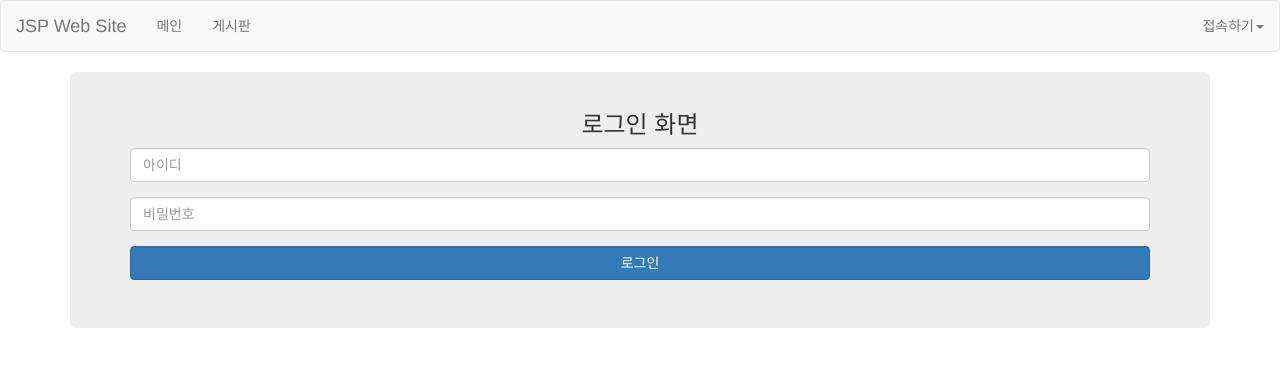
Repository: seung-kook/JSPBBS
Page: http://localhost/BBS/login.jsp
These files come from the project's save history. The page is drawn as it stood at one moment and after the next save; the edit follows.
The browser window is 1280 px wide. The pictures show the whole page.
Some web libraries are served in a nearby version. The page is served by Tomcat 9. Other server files are loaded and not shown.

Above is the page before, as saved 2022-02-06 12:59:23.

### BBS/src/main/webapp/login.jsp
<%@ page language="java" contentType="text/html; charset=UTF-8"
    pageEncoding="UTF-8"%>
<!DOCTYPE html>
<html>
<head>
<meta charset="UTF-8">
<meta name="viewport" content="width=device-width, initial-scale=1">
<link rel="stylesheet" href="css/bootstrap.css">
<title>JSP Web Site</title>
</head>
<body>
	<nav class="navbar navbar-default">
		<div class="navbar-header">
			<button type="button" class="navbar-toggle collapsed"
				data-toggle="collapse" data-target="#bs-example-navbar-collapse-1"
				aria-expanded="false">
				<span class="icon-bar"></span>
				<span class="icon-bar"></span>
				<span class="icon-bar"></span>
			</button>
			<a class="navbar-brand" href="main.jsp">JSP Web Site</a>
		</div>
		<div class="collapse navbar-collapse" id="bs-example-navbar-collapse-1">
			<ul class="nav navbar-nav">
				<li><a href="main.jsp">메인</a></li>
				<li><a href="bbs.jsp">게시판</a></li>
			</ul>
			<ul class="nav navbar-nav navbar-right">
				<li class="dropdown">
					<a href="#" class="dropdown-toggle"
						data-toggle="dropdown" role="button" aria-haspopup="true"
						aria-expanded="false">접속하기<span class="caret"></span></a>
					<ul class="dropdown-menu">
						<li class="active"><a href="login.jsp">로그인</a></li>
						<li><a href="join.jsp">회원가입</a></li>
					</ul>
				</li>
			</ul>
		</div>
	</nav>
	<div class="container">
		<div class="col-lg-4"></div>
		<div class="col-lg-4"></div>
			<div class="jumbotron" style="padding-top: 20px">
				<form method="post" action="loginAction.jsp">
					<h3 style="text-align: center;">로그인 화면</h3>
					<div class="form-group">
						<input type="text" class="form-control" placeholder="아이디" name="userID" maxlength="20">
					</div>
					<div class="form-group">
						<input type="password" class="form-control" placeholder="비밀번호" name="userPassword" maxlength="20">
					</div>
					<input type="submit" class="btn btn-primary form-control" value="로그인">
				</form>
			</div>
		<div class="col-lg-4"></div>
	</div>
	<script src="https://code.jquery.com/jquery-3.1.1.min.js"></script>
	<script src="js/bootstrap.js"></script>
</body>
</html>

Loaded but not shown: BBS/src/main/webapp/css/bootstrap.css (library); BBS/src/main/webapp/js/bootstrap.js (library)

After the next save:
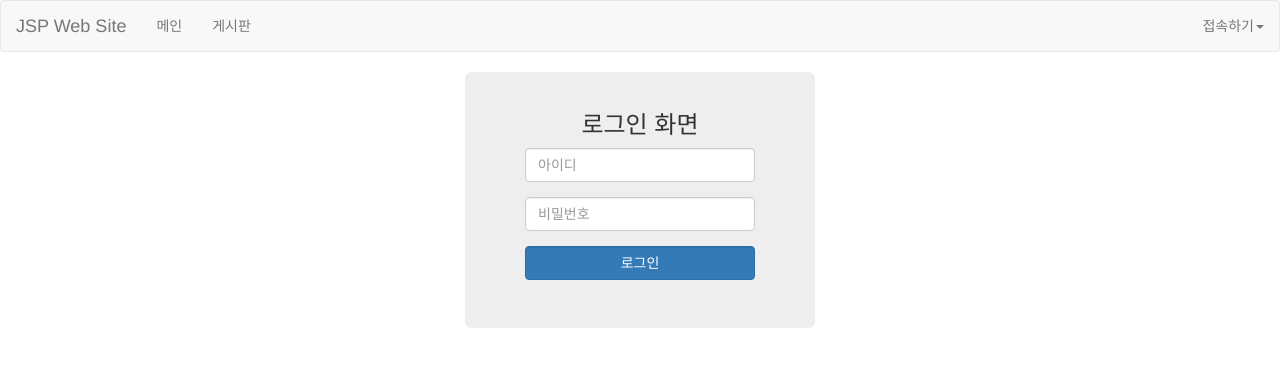
Saved 100 s later.
--- a/BBS/src/main/webapp/login.jsp
+++ b/BBS/src/main/webapp/login.jsp
@@ -40,7 +40,7 @@
 	</nav>
 	<div class="container">
 		<div class="col-lg-4"></div>
-		<div class="col-lg-4"></div>
+		<div class="col-lg-4">
 			<div class="jumbotron" style="padding-top: 20px">
 				<form method="post" action="loginAction.jsp">
 					<h3 style="text-align: center;">로그인 화면</h3>
@@ -53,7 +53,7 @@
 					<input type="submit" class="btn btn-primary form-control" value="로그인">
 				</form>
 			</div>
-		<div class="col-lg-4"></div>
+		</div>
 	</div>
 	<script src="https://code.jquery.com/jquery-3.1.1.min.js"></script>
 	<script src="js/bootstrap.js"></script>
